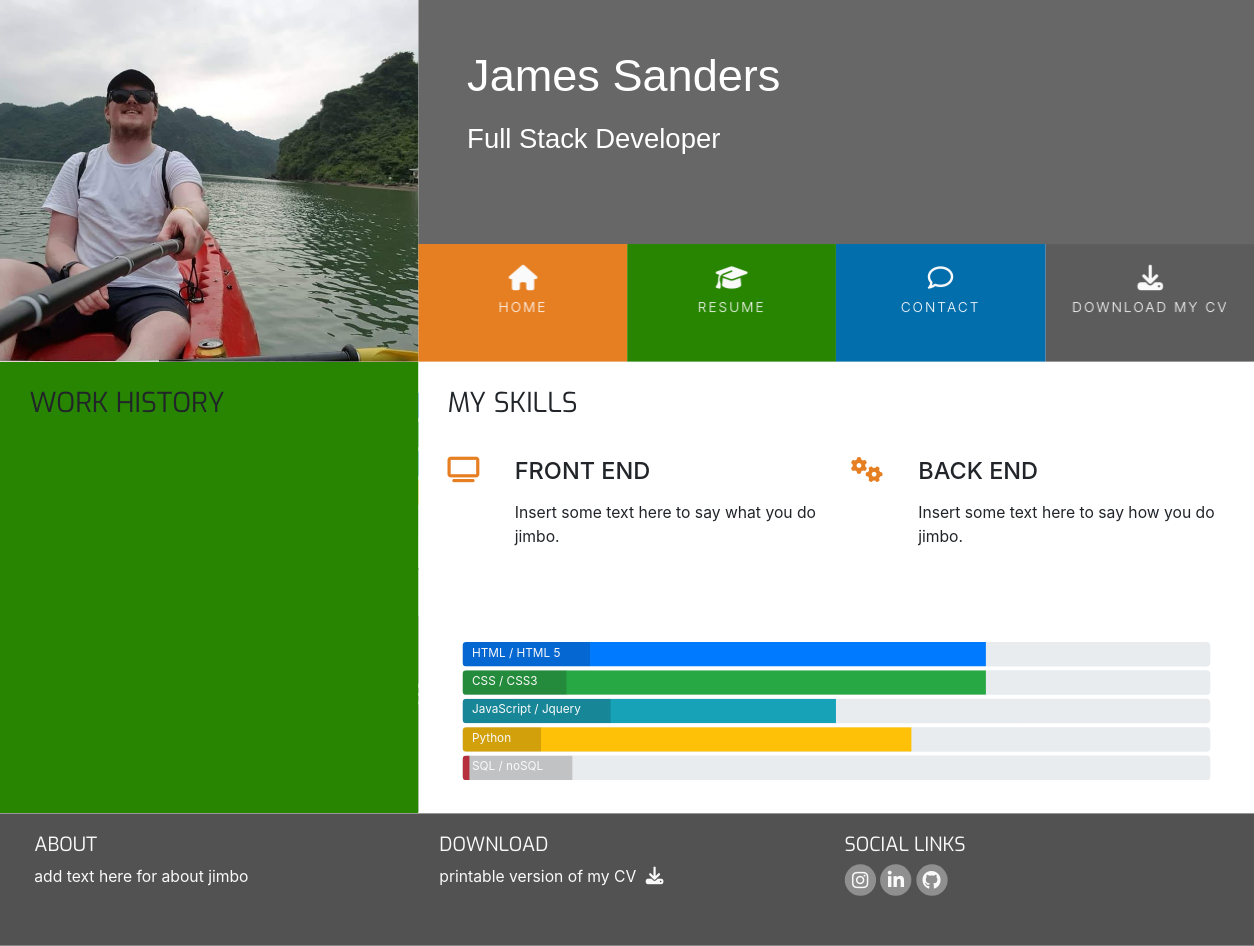
Repository: JaySanders95/my-online-resume
Page: resume.html
An editor plug-in stored every save of this project. The page is shown before and after the next save, followed by the edit.
The browser window is 1280 px wide. The pictures show the whole page, at 98% of full size.
Some web fonts or font styles are not loaded; a fallback is used. Some web libraries are served in a nearby version.

Above is the page before, as saved 2023-04-19 22:11:37.

After the next save:
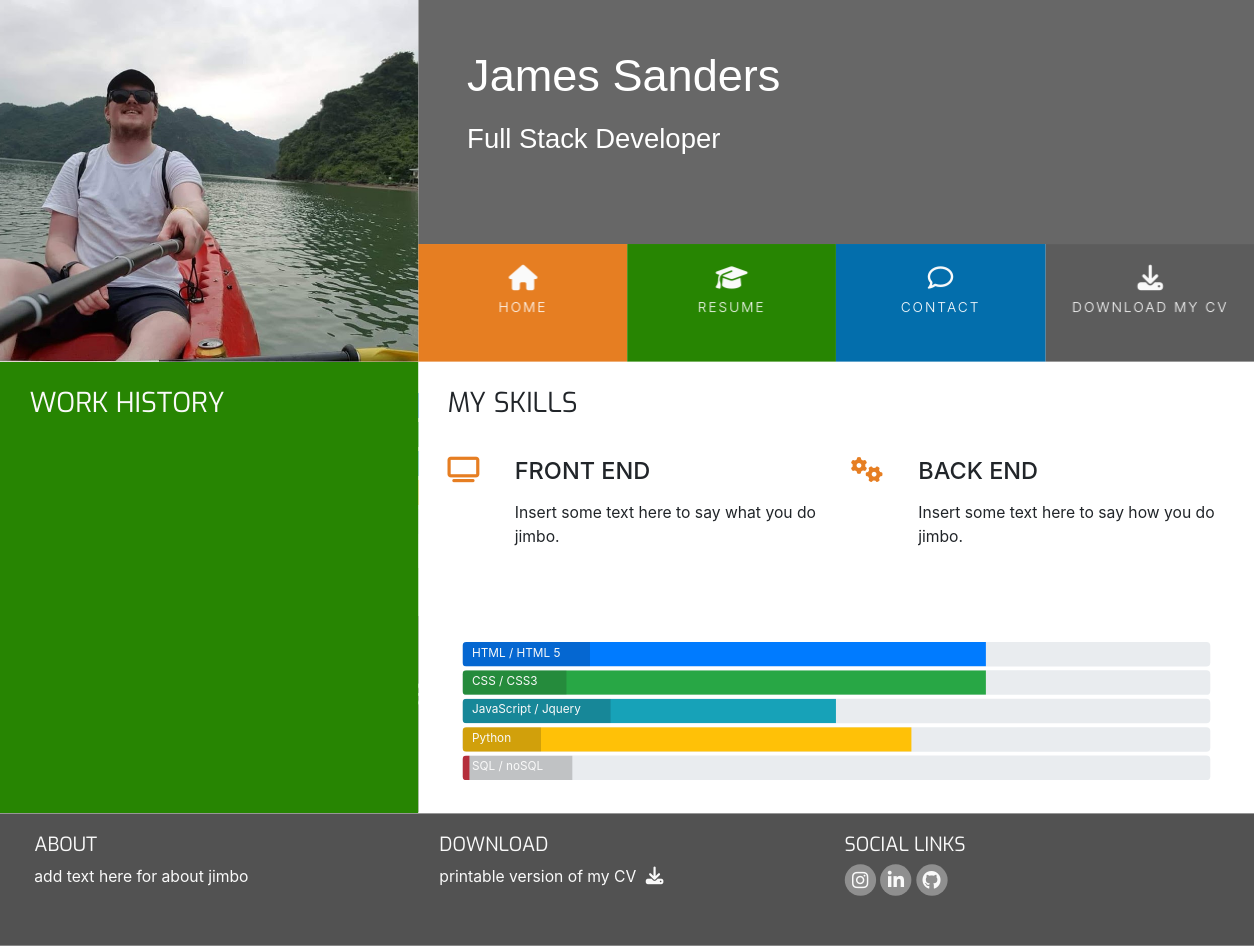
Saved 15 s later.
--- a/resume.html
+++ b/resume.html
@@ -50,7 +50,7 @@
             <div class="col-md-4 bg-color-work-history section-column">
                 <div class="row">
                     <div class="col-12">
-                        <h3 class="section-heading uppercase">
+                        <h3 class="history-heading uppercase">
                             Work History
                         </h3>
                     </div>
